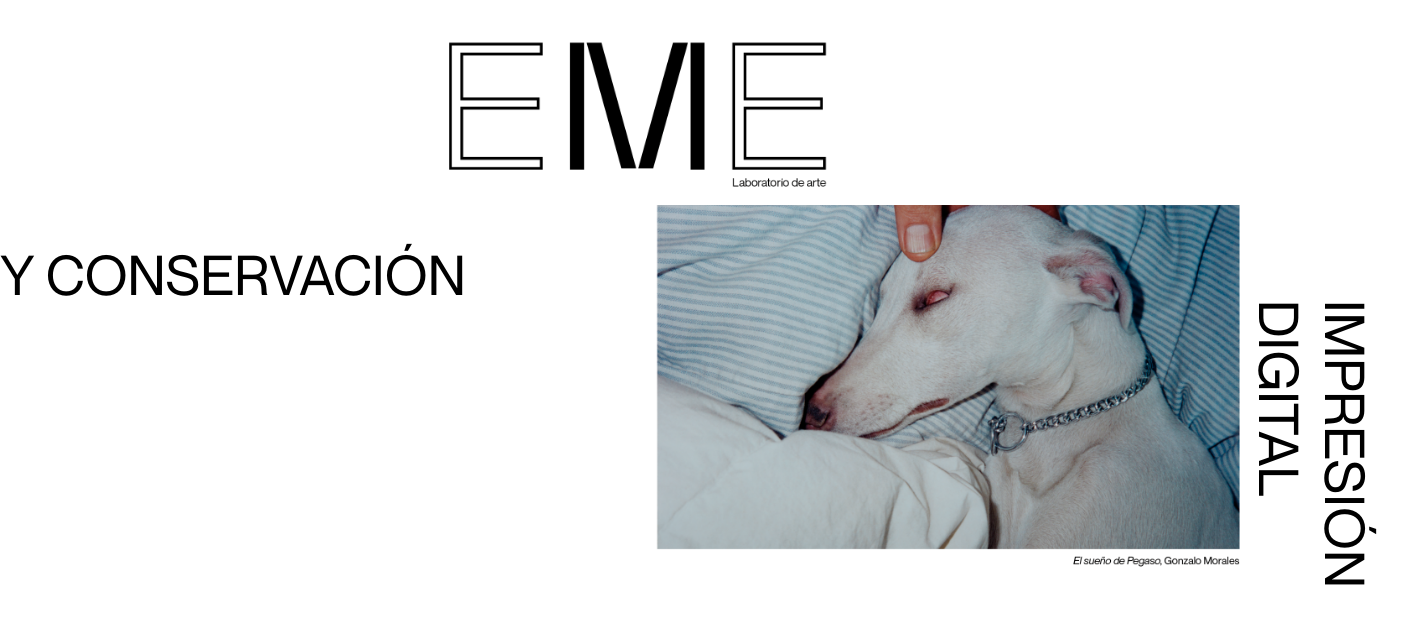
Repository: Manuelujano/eme-lab
Page: /
These files come from the project's save history. The page is drawn as it stood at one moment and after the next save; the edit follows.
The browser window is 1280 px wide. The page is 1425 px wide, so the pictures cover 1425 px, including what lies to the right of the window. The pictures show the whole page.
Some web fonts or font styles are not loaded; a fallback is used. The project was rebuilt for these pictures with package versions that can differ from the ones it lists, and the page was loaded fresh each time. Also part of the build but not shown: src/components/Motion.js, src/components/Prueba.js, src/components/Digital.js, src/components/Trail.js.

Above is the page before, as saved 2020-10-26 13:18:42.

### public/index.html
<!DOCTYPE html>
<html lang="en">
  <head>
    <meta charset="utf-8" />
    <link rel="icon" href="%PUBLIC_URL%/favicon.ico" />
    <meta name="viewport" content="width=device-width, initial-scale=1" />
    <meta name="theme-color" content="#000000" />
    <link href="//db.onlinewebfonts.com/c/7980cc1889b6b0b264dc47cca659f7c2?family=Neue+Montreal" rel="stylesheet" type="text/css"/>
    <meta
      name="description"
      content="Web site created using create-react-app"
    />
    <link rel="apple-touch-icon" href="%PUBLIC_URL%/logo192.png" />
    <!--
      manifest.json provides metadata used when your web app is installed on a
      user's mobile device or desktop. See https://developers.google.com/web/fundamentals/web-app-manifest/
    -->
    <link rel="manifest" href="%PUBLIC_URL%/manifest.json" />
    <!--
      Notice the use of %PUBLIC_URL% in the tags above.
      It will be replaced with the URL of the `public` folder during the build.
      Only files inside the `public` folder can be referenced from the HTML.

      Unlike "/favicon.ico" or "favicon.ico", "%PUBLIC_URL%/favicon.ico" will
      work correctly both with client-side routing and a non-root public URL.
      Learn how to configure a non-root public URL by running `npm run build`.
    -->
    <title>React App</title>
  </head>
  <body>
    <noscript>You need to enable JavaScript to run this app.</noscript>
    <div id="root"></div>
    <!--
      This HTML file is a template.
      If you open it directly in the browser, you will see an empty page.

      You can add webfonts, meta tags, or analytics to this file.
      The build step will place the bundled scripts into the <body> tag.

      To begin the development, run `npm start` or `yarn start`.
      To create a production bundle, use `npm run build` or `yarn build`.
    -->
  </body>
</html>

### src/index.js
import React from 'react';
import ReactDOM from 'react-dom';
import { BrowserRouter } from 'react-router-dom';
import './index.css';
import App from './App';


ReactDOM.render(
  <BrowserRouter>
    <App />
  </BrowserRouter>,
  document.getElementById('root')
);

### src/index.css
body {
  margin: 0;
  font-family: "Neue Montreal";
  -webkit-font-smoothing: antialiased;
  -moz-osx-font-smoothing: grayscale;
}
@font-face {
  font-family: 'Montreal';
  src: url(font/NeueMontreal-Regular.woff);
  font-style: normal;
  font-weight: 100;

}
@font-face {
  font-family: 'Montreal';
  src: url(font/NeueMontreal-RegularItalic.woff);
  font-style: italic;
  font-weight: 100;
}

.trails-main {
  position: relative;
  width: 100%;
  height: 100%;
  overflow: hidden;
  cursor: pointer;
  display: flex;
  justify-content: center;
  align-items: center;
  transform: rotate(90deg);
}

.trails-text {
  position: relative;
  width: 100%;
  height: 70px;
  line-height:70px;
  color: black;
  font-size: 4em;
  font-weight: 100;
  text-transform: uppercase;
  will-change: transform, opacity;
  overflow: hidden;
}

.trails-text > div {
  overflow: hidden;
}
code {
  font-family: source-code-pro, Menlo, Monaco, Consolas, 'Courier New',
    monospace;
}

.logo {
  display: block;
  margin: auto;
  width: 400px;
  padding-top: 2em;
}
.flex-container {
    display: flex;
    flex-direction: column;

}
.pegaso {
position: absolute;

  width: 600px;
  left: 650px;

}

.titulos {
  font-size: 55px;
  font-family: 'Montreal';
  font-weight: 100;
}
.contdig {
  position: absolute;
  top: 350px;
  left: 1175px;
  width: 300px;
  height: 200px;


  transform: rotate(90deg);
}
.cons {
  position: absolute;

}

### src/App.js
import React from 'react';
import Header from './components/Header';
import Motion from './components/Motion';
import Pegaso from './components/Pegaso';
import { AnimatePresence } from 'framer-motion';
import { BrowserRouter as Router, Switch, Route } from 'react-router-dom';

import Prueba from './components/Prueba';

import Digital from './components/Digital';
import Trail from './components/Trail';




function App() {
  return (
  <Router>
  <Header/>
  <Route
  render={({location})=> (
    <AnimatePresence initial={false} exitBeforeEnter>
      <Switch location={location} key={location.pathname}>
      <Route exact path='/' render={()=> <Pegaso/>}/>
      <Route path='/digital' render={()=> <Digital/>}/>
      </Switch>
    </AnimatePresence>
  )}

  />


   {/* <Prueba></Prueba> */}
   {/* <Trail></Trail> */}

  {/*  <Motion></Motion> */}

  </Router>
  );
}

export default App;

### src/components/Header.js
import React from 'react';

import { Link } from 'react-router-dom';

import logoblanco from '../img/logoblanco.png';
import Container from '@material-ui/core/Container';

const Header = () => {
    return (
        <header>

            <Container maxWidth="sm">
            <Link to='/'>
            <img  className="logo" src={logoblanco}/>
            </Link>
            </Container>
        </header>
    )
}

export default Header

### src/components/Pegaso.js
import React from 'react'
import pegaso from '../img/pegaso.png';
import { motion } from 'framer-motion';
import { Link } from 'react-router-dom';


const transition = { duration: 0.6, ease: [0.43, 0.13, 0.23, 0.96]}

const Pegaso = () => {
    return (
        <div className="flex-container">
            <div className="cons">
                <h2 className="titulos">
                    Y CONSERVACIÓN
                </h2>

            </div>
            <div>
             <motion.img
             className="pegaso"
             src={pegaso}
             whileHover={{ scale: 1.02 }}
             transition={transition}/>
            </div>
            <div className="contdig">
                <h2 className="titulos">
                    IMPRESIÓN <br/> DIGITAL
                </h2>
            </div>

        </div>
    )
}

export default Pegaso

After the next save:
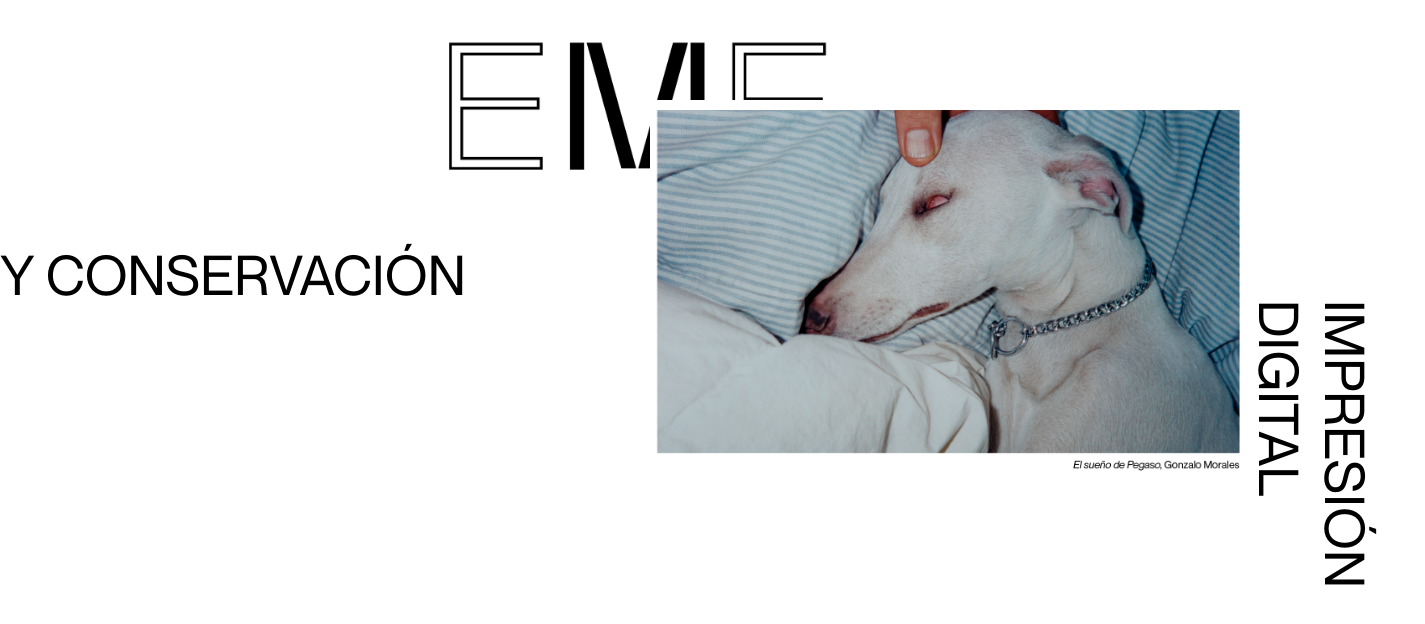
Saved 18 s later.
--- a/src/index.css
+++ b/src/index.css
@@ -63,8 +63,8 @@ code {
 
 }
 .pegaso {
-position: absolute;
-
+  position: absolute;
+  top: 100px;
   width: 600px;
   left: 650px;
 
